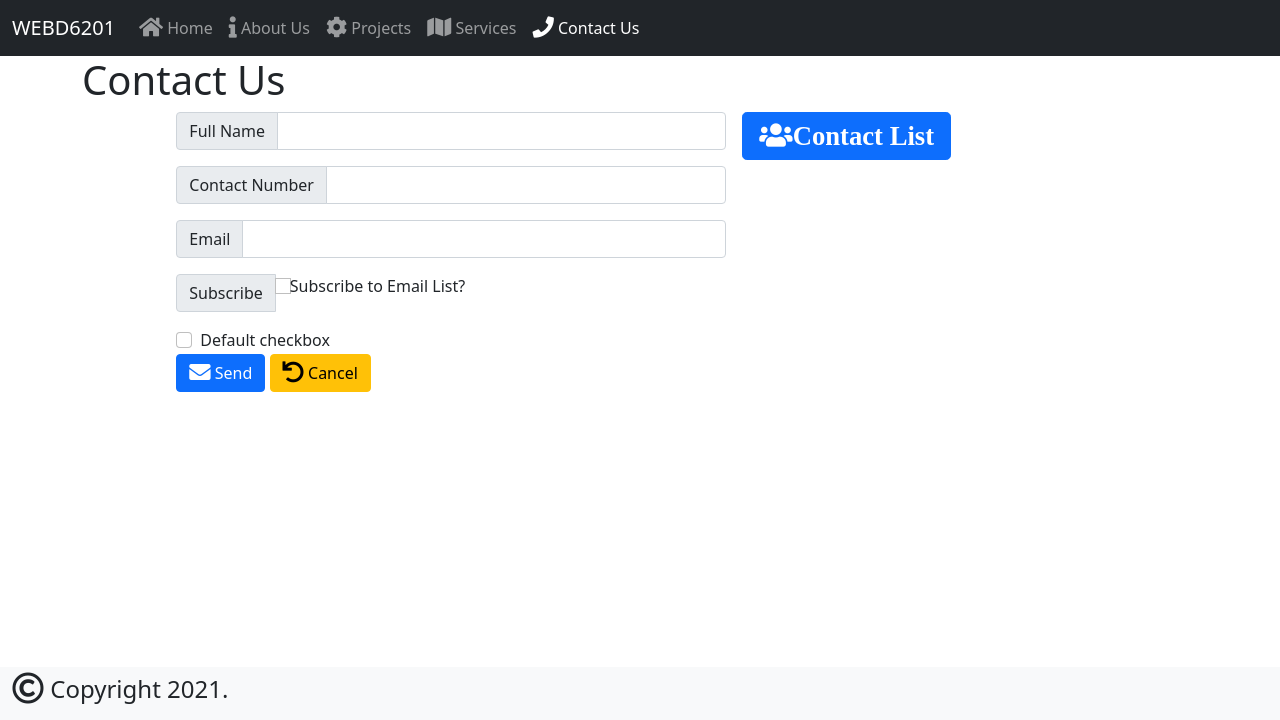
Repository: GarlicButterBoy/WEBD6201-ICE03
Page: contact.html
These files come from the project's save history. The page is drawn as it stood at one moment and after a run of saves; the edit follows.
The browser window is 1280 px wide. The pictures show the whole page.

Above is the page before, as saved 2021-02-04 09:06:15.

### contact.html
<!DOCTYPE html>
<html lang="en">
<head>
    <meta charset="UTF-8">
    <meta name="viewport" content="width=device-width, initial-scale=1.0">
    <title>Contact</title>
    <!-- CSS Section -->
    <link rel="stylesheet" href="./node_modules/bootstrap/dist/css/bootstrap.min.css">
    <link rel="stylesheet" href="./node_modules/@fortawesome/fontawesome-free/css/all.min.css">
    <link rel="stylesheet" href="./Content/app.css">
</head>
<body>
    <!-- Main Header -->
    <header>
        <!-- Main Navigation -->
        <nav class="navbar navbar-expand-lg navbar-dark bg-dark">
            <div class="container-fluid">
              <a class="navbar-brand" href="index.html">WEBD6201</a>
              <button class="navbar-toggler" type="button" data-bs-toggle="collapse" data-bs-target="#navbarSupportedContent" aria-controls="navbarSupportedContent" aria-expanded="false" aria-label="Toggle navigation">
                <span class="navbar-toggler-icon"></span>
              </button>
              <div class="collapse navbar-collapse" id="navbarSupportedContent">
                <ul class="navbar-nav me-auto mb-2 mb-lg-0">
                  <li class="nav-item">
                    <a class="nav-link" aria-current="page" href="index.html"><i class="fas fa-home fa-lg"></i> Home</a>
                  </li>

                  <li class="nav-item">
                    <a class="nav-link" aria-current="page" href="about.html"><i class="fas fa-info fa-lg"></i> About Us</a>
                  </li>

                  <li class="nav-item">
                    <a class="nav-link" aria-current="page" href="projects.html"><i class="fas fa-cog fa-lg"></i> Projects</a>
                  </li>

                  <li class="nav-item">
                    <a class="nav-link" aria-current="page" href="services.html"><i class="fas fa-map fa-lg"></i> Services</a>
                  </li>

                  <li class="nav-item">
                    <a class="nav-link active" aria-current="page" href="contact.html"><i class="fas fa-phone fa-lg"></i> Contact Us</a>
                  </li>
                </ul>
              </div>
            </div>
          </nav>
    </header>

    <!-- Main Content -->
    <main class="container">
        <h1>Contact Us</h1>
        <div id="messageArea"></div>

        <div class="row justify-content-lg-center g-3">
          <form class="col-lg-6 col-md-10 col-sm-10">

            <div class="input-group mb-3">
              <span class="input-group-text" id="inputGroup-sizing-default">Full Name </span>
              <input id="fullName" type="text" class="form-control" aria-label="Full Name" aria-describedby="Full Name Input"
              name="fullName" required>
            </div>

            <div class="input-group mb-3">
              <span class="input-group-text" id="inputGroup-sizing-default">Contact Number</span>
              <input id="contactNumber" type="tel" class="form-control" aria-label="Contact Number" aria-describedby="Contact Number Input"
              name="contactNumber" required>
            </div>

            <div class="input-group mb-3">
              <span class="input-group-text" id="inputGroup-sizing-default">Email</span>
              <input id="emailAddress" type="email" class="form-control" aria-label="Email Address" aria-describedby="Email Address Input"
              name="emailAddress" required>
            </div>

            <div class="input-group mb-3">
  <span class="input-group-text" id="inputGroup-sizing-default">Subscribe</span>
  <input class="form-check-input" type="checkbox" value="" id="subscribeCheckbox">
  <label class="form-check-label" for="subscribeCheckbox">
    Subscribe to Email List?
  </label>
</div>

            <div class="form-check">
              <input class="form-check-input" type="checkbox" value="" id="flexCheckDefault">
              <label class="form-check-label" for="flexCheckDefault">
                Default checkbox
              </label>
            </div>

            <button id="sendButton" type="submit" class="btn btn-primary"><i class="fas fa-envelope fa-lg"></i> Send</button>
            <button id="cancelButton" type="reset" class="btn btn-warning"><i class="fas fa-undo fa-lg"></i> Cancel</button>
          </form>

          <div class="col=lg-3 col-md-4">
            <a href="contact-list.html" class="btn btn-primary btn-lg"><i class="fas fa-users fa-lg">Contact List</i></a>
          </div>

        </div>


    </main>

    <!-- Main Footer -->
    <footer>
        <nav class="navbar fixed-bottom navbar-light bg-light">
            <div class="container-fluid">
              <h4><i class="far fa-copyright fa-lg"></i> Copyright 2021.</h4>
            </div>
          </nav>
    </footer>

    <!-- Script Section-->
    <script src="./node_modules/jquery/dist/jquery.min.js"></script>
    <script src="./node_modules/bootstrap/dist/js/bootstrap.bundle.min.js"></script>
    <script src="./Scripts/namespace.js"></script>
    <script src="./Scripts/contact.js"></script>
    <script src="./Scripts/app.js"></script>
</body>
</html>

### Scripts/namespace.js

//namespace core
let core;

### Scripts/contact.js
"use strict";

//Contact Class

(()=>{
    class Contact {

        //getters and setters
      get FullName()
      {
          return this.m_fullName;
      }
      get ContactNumber()
      {
          return this.m_conactNumber;
      }
      get EmailAddress()
      {
          return this.m_emailAddress;
      }
      set FullName(value)
      {
          this.m_fullName = value;
      }
      set ContactNumber(value)
      {
          this.m_conactNumber = value;
      }
      set EmailAddress(value)
      {
          this.m_emailAddress = value;
      }

        //Constructor
        /**
         * A Constructor for any Contact objects being instantiated
         * @param {string} fullName
         * @param {string} contactNumber
         * @param {string} emailAddress
         */
        constructor(fullName = "", contactNumber = "", emailAddress = "")
        {
            this.ContactNumber = contactNumber;
            this.EmailAddress = emailAddress;
            this.FullName = fullName;
        }



        //Methods
        /**
         * Overrides the toString method to print the Contact class
         * @returns {string}
         */
        toString()
        {
            return `Full Name: ${this.m_fullName}\nPhone: ${this.m_contactNumber}\nEmail: ${this.m_emailAddress}`;
        }

        /**
         * This method returns a JSON Object
         * @returns {Object}
         */
        toJSON()
        {
            return {
                "fullName":this.FullName,
                "contactNumber":this.ContactNumber,
                "emailAddress":this.EmailAddress
            }
        }
        /**
         * Method converts the Contact into a comma-seperated value string
         * @returns {String}
         */
        serialize()
        {
            if (this.FullName !== "" && this.ContactNumber !== "" && this.EmailAddress !== "")
            {
                return `${this.FullName},${this.ContactNumber},${this.EmailAddress}`;
            }
            else
            {
                console.error("Error: One of more of the Contact Properties are empty or null.");
                return null;
            }

        }
        /**
         * Method takes a comma-seperated data string and assigns the values to the contact class properties
         * @param {string} data
         * @returns {void}
         */
        deserialize(data)
        {
            let propertyArray = data.split(",");
            this.FullName = propertyArray[0];
            this.ContactNumber = propertyArray[1];
            this.EmailAddress = propertyArray[2];
        }

    }

core.Contact = Contact;

})(core || (core={}));

### Scripts/app.js
/* custom JavaScript goes here */

//IIFE - Immediately Invoked Function Expression
//AKA - Anonymous Self-Executing Function
//Closure - limits scope leak

"use strict";
/* Example of a class being created with brand new functions
let myContact =
{
  "firstName":"Nick SF",
  "contactNumber":"905-123-4567",
  "emailAddress":"email@test.com",
  "saysHello":function() { console.log(`${fullName} says Hello!`); },
  "someOtherObject":{  "friendsList":["Tony", "Stephen", "Peter"]  }

};*/

((core) =>
{
    function displayHome()
    {
/*
      $("button").on("mouseover", function(){
        console.log("JQuery Click");
      });

      let myButton = document.querySelectorAll("button")[1];
      myButton.addEventListener("click", () => {
        console.log("Button Clicked!");
      });
*/
      //console.log(myButton);

        let paragraphOneText =
          "This is a simple site to demonstrate DOM Manipulation for ICE 1";

        let paragraphOneElement = document.getElementById("paragraphOne");

        paragraphOneElement.textContent = paragraphOneText;
        paragraphOneElement.className = "fs-5";

        // Step 1. document.createElement
        let newParagraph = document.createElement("p");
        // Step 2. configure the element
        newParagraph.setAttribute("id", "paragraphTwo");
        newParagraph.textContent = "...And this is paragraph two";
        // Step 3. select the parent element
        let mainContent = document.getElementsByTagName("main")[0];
        // Step 4. Add / Insert the element
        mainContent.appendChild(newParagraph);

        newParagraph.className = "fs-6";

        // another way of injecting content
        let paragraphDiv = document.createElement("div");
        let paragraphThree = `<p id="paragraphThree" class="fs-7 fw-bold">And this is the Third Paragraph</p>`;
        paragraphDiv.innerHTML = paragraphThree;

        // insertions

        // example of inserting before a node
        //newParagraph.before(paragraphDiv);

        // example of inserting after a node
        newParagraph.after(paragraphDiv);

        // deletions

        // example of removing a single element
        //paragraphOneElement.remove();

        // example of removeChild
        mainContent.removeChild(paragraphOneElement);

        // update / modification
        //mainContent.firstElementChild.textContent = "Welcome Home!";

        mainContent.innerHTML = `<h1 id="firstHeading">Welcome to WEBD6201 - Lab 1</h1>
         <p id="paragraphOne" class="fs-3 fw-bold">This is my first Paragraph</p>
        `;

    }

    function displayAbout()
    {

    }

    function displayProjects()
    {

    }

    function displayServices()
    {

    }

    function displayContact()
    {
        //This is the same as below
        let messageArea = $("#messageArea").hide();
        //Same as this
        //let messageArea = document.getElementById("messageArea");
        //messageArea.hidden = true;

        // form validation
        $("#fullName").on("blur", function()
        {
          if($(this).val().length < 2)
            {
                //JQuery example of the lines below
                $(this).trigger("focus").trigger("select");
                messageArea.show().addClass("alert alert-danger").text("Please enter an appropriate name");
                //fullName.focus();
                //fullName.select();
                //messageArea.hidden = false;
                //messageArea.className = "alert alert-danger";
                //messageArea.textContent = "Please enter an appropriate Name";
            }
            else
            {
                //JQuery example of the line below
                messageArea.removeAttr("class").hide();
                //messageArea.hidden = true;
                //messageArea.removeAttribute("class");
            }
        });
        //let fullName = document.getElementById("fullName");
        //fullName.addEventListener("blur", function() {});

        $("#sendButton").on("click", ()=>
        {
          let contact = new core.Contact(fullName.value, contactNumber.value, emailAddress.value);
          if(contact.serialize()) //checking if the serialized object exists
          {
            localStorage.setItem((localStorage.length + 1).toString(), contact.serialize());
          }
        });

        //let sendButton = document.getElementById("sendButton");
        //sendButton.addEventListener("click", function(event){

            //event.preventDefault();
            //console.log(contact.serialize());
            //fullName.value = "";
            //contactNumber.value = "";
            //emailAddress.value = "";
        //});
    }
    function displayContactList()
    {

      if(localStorage.length > 0)
      {
        let contactList = document.getElementById("contactList");

        let data = "";

        for (let index = 0; index < localStorage.length; index++)
        {
          let contactData = localStorage.getItem((index + 1).toString());

          console.log(contactData);

          let contact = new core.Contact();
          contact.deserialize(contactData);

          data += `<tr>
                  <th scope="row">${index + 1}</th>
                  <td>${contact.FullName}</td>
                  <td>${contact.ContactNumber}</td>
                  <td>${contact.EmailAddress}</td>
                  </tr>`;
        }

        contactList.innerHTML = data;
      }


    }

    function Start()
    {
        console.log("App Started...");

        switch (document.title)
        {
          case "Home":
              displayHome();
            break;
          case "About":
              displayAbout();
            break;
          case "Projects":
              displayProjects();
            break;
          case "Services":
              displayServices();
            break;
          case "Contact":
              displayContact();
            break;
          case "Contact-List":
              displayContactList();
            break;
        }

    }

    window.addEventListener("load", Start);

    core.Start = Start;


})  (core || (core={}));

Loaded but not shown: node_modules/bootstrap/dist/css/bootstrap.min.css (library); node_modules/@fortawesome/fontawesome-free/css/all.min.css (library); Content/app.css (common file); node_modules/jquery/dist/jquery.min.js (library); node_modules/bootstrap/dist/js/bootstrap.bundle.min.js (library)

After the next 5 saves:
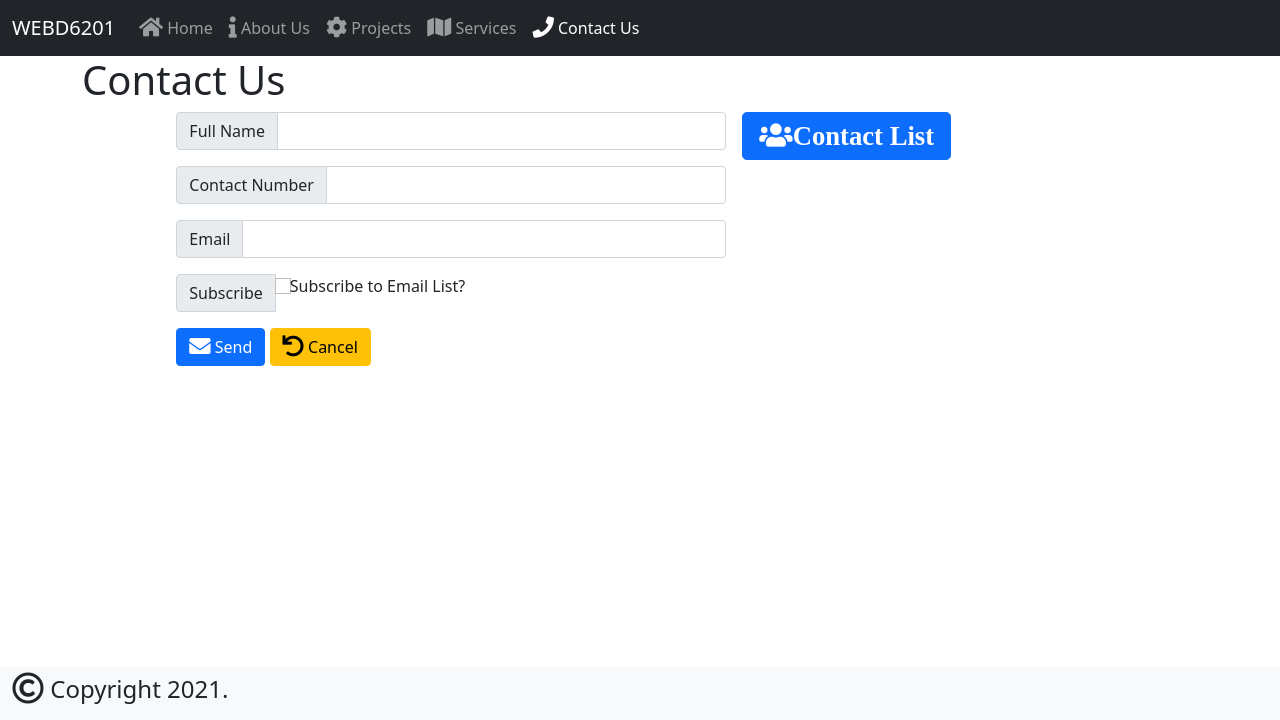
The 5 saves are shown as one change because they came seconds apart.
The last was saved 18 s later.
--- a/contact.html
+++ b/contact.html
@@ -73,19 +73,13 @@
             </div>
 
             <div class="input-group mb-3">
-  <span class="input-group-text" id="inputGroup-sizing-default">Subscribe</span>
-  <input class="form-check-input" type="checkbox" value="" id="subscribeCheckbox">
-  <label class="form-check-label" for="subscribeCheckbox">
-    Subscribe to Email List?
-  </label>
-</div>
+            <span class="input-group-text" id="inputGroup-sizing-default">Subscribe</span>
+            <input class="form-check-input" type="checkbox" value="" id="subscribeCheckbox">
+            <label class="form-check-label" for="subscribeCheckbox">
+            Subscribe to Email List?
+            </label>
+            </div>
 
-            <div class="form-check">
-              <input class="form-check-input" type="checkbox" value="" id="flexCheckDefault">
-              <label class="form-check-label" for="flexCheckDefault">
-                Default checkbox
-              </label>
-            </div>
 
             <button id="sendButton" type="submit" class="btn btn-primary"><i class="fas fa-envelope fa-lg"></i> Send</button>
             <button id="cancelButton" type="reset" class="btn btn-warning"><i class="fas fa-undo fa-lg"></i> Cancel</button>
